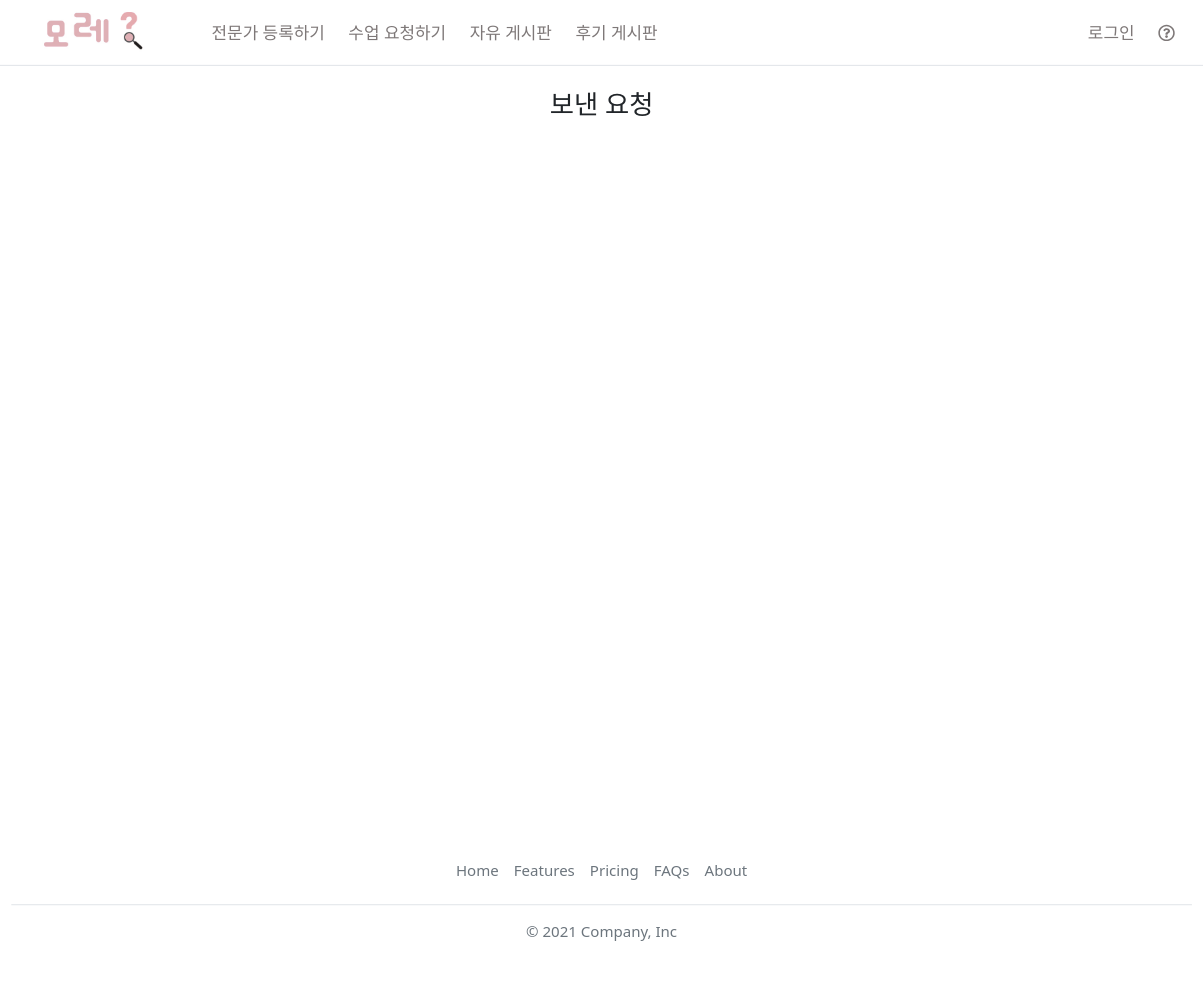
Repository: isssson/MVC2_more
Page: http://localhost/more/WEB-INF/views/request/sentRequest.jsp
These files come from the project's save history. The page is drawn as it stood at one moment and after the next save; the edit follows.
The browser window is 1280 px wide. The pictures show the whole page, at 94% of full size.
Some web libraries are served in a nearby version. The page is served by Tomcat 9. Nobody is signed in. The template is opened directly, without the code that normally fills it, so the values that code supplies are empty.

Above is the page before, as saved 2021-12-11 06:23:03.

After the next save:
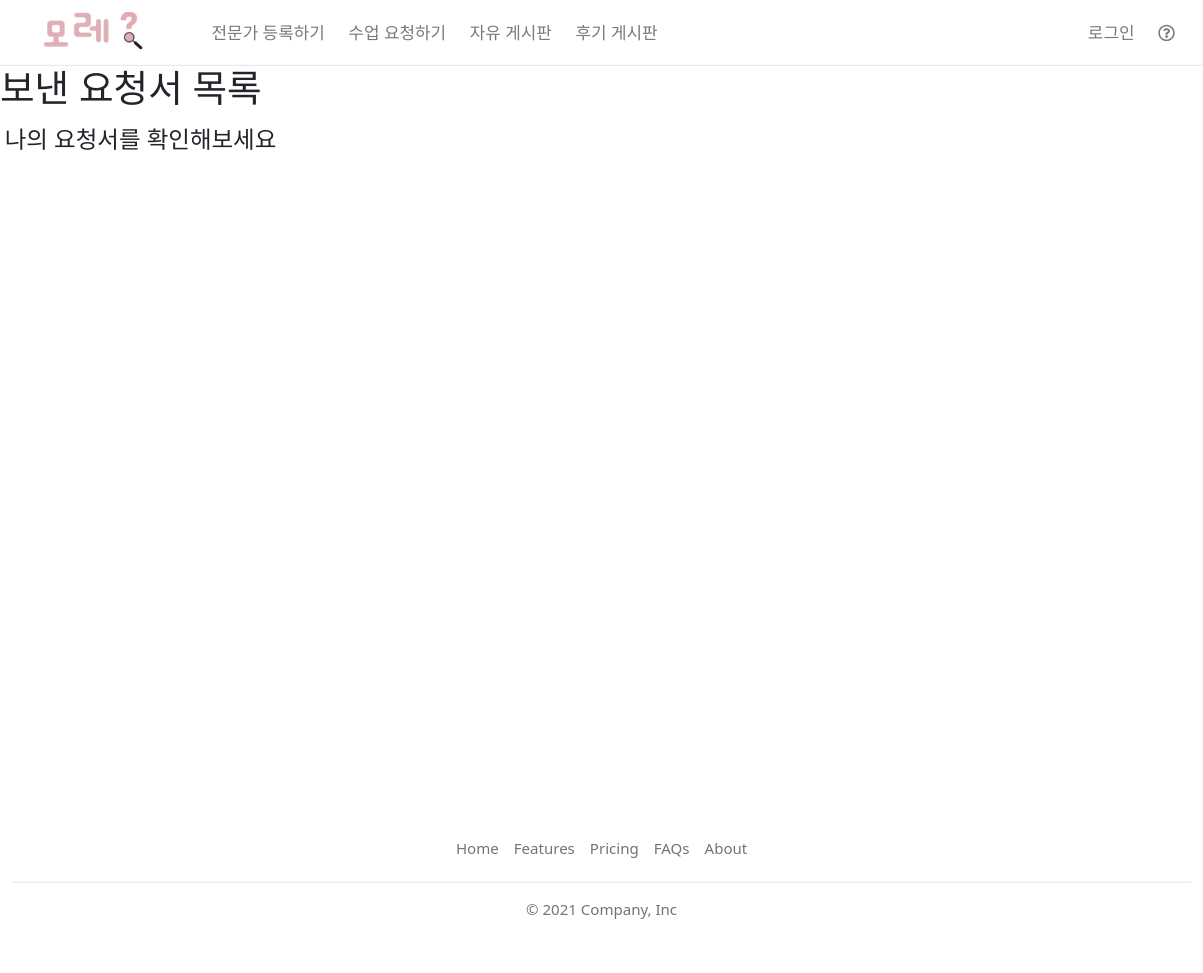
Saved 113 s later.
--- a/more/src/main/webapp/WEB-INF/views/request/sentRequest.jsp
+++ b/more/src/main/webapp/WEB-INF/views/request/sentRequest.jsp
@@ -17,7 +17,16 @@
 <body>
 <%@ include file="/WEB-INF/views/header.jsp" %>
 <section id="section" class="bg-f4f4f4" style="height: 700px;">
-  <h3 class="fw-400 text-center">보낸 요청</h3>
+  <div class="revMainContainer">
+		<div class="revMainTextBox">
+			<div class="revMainText">
+				<h1>
+					보낸 요청서 목록<br>
+					<span style="font-size:25px; font-weight:normal; border-top: 1px solid white; padding: 5px;">나의 요청서를 확인해보세요</span>
+				</h1>
+			</div>
+		</div>
+	</div>
   <div class="container list-main-container">
   <c:forEach var="dto" items="${list }">
     <%-- <a href="requestContent.do?r_idx=${dto.r_idx}"> --%>
